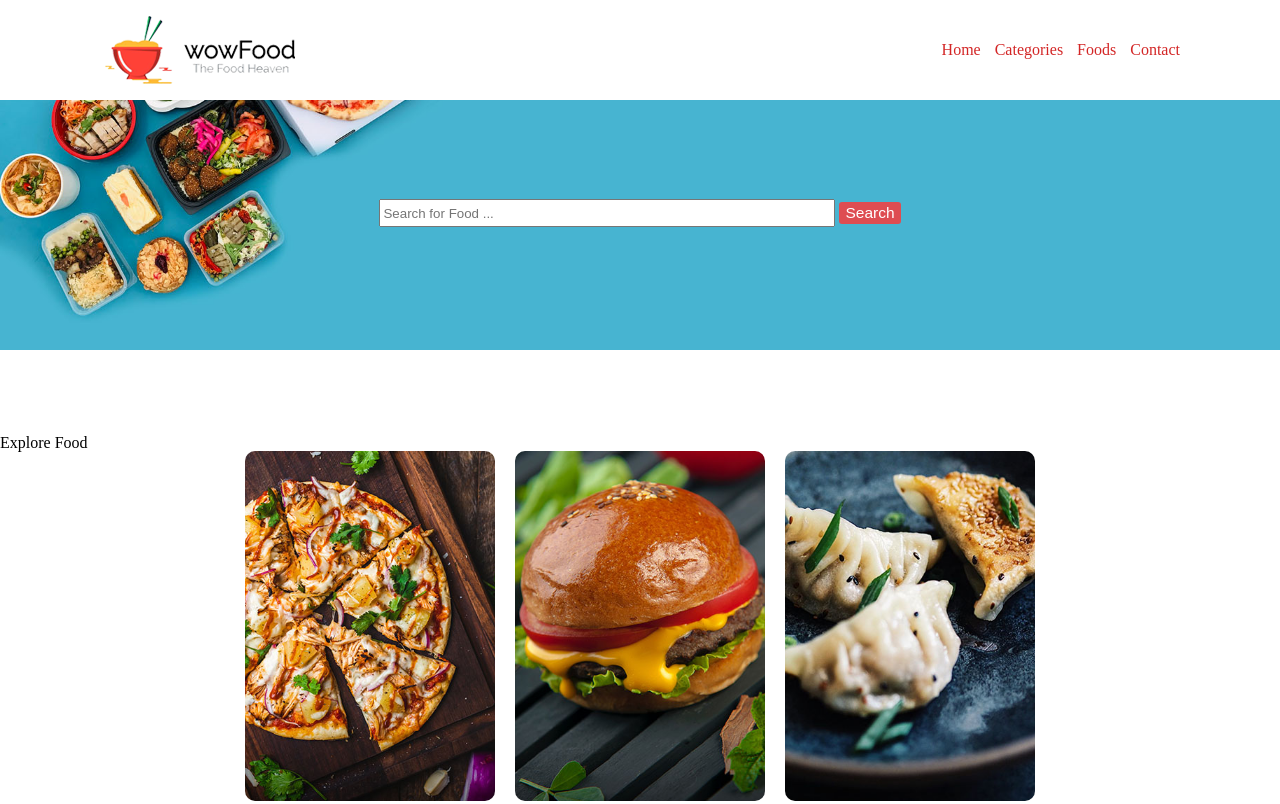
Repository: ruaruababa/WowFood
Page: index.html
The author's editor kept a copy of each file at every save. The page is drawn from the files as they stood at one save, then again after the next save.
The browser window is 1280 px wide. The pictures show the whole page.

Above is the page before, as saved 2021-09-17 23:21:06.

### index.html
<!DOCTYPE html>
<html lang="en">

<head>
    <meta charset="UTF-8" />
    <meta http-equiv="X-UA-Compatible" content="IE=edge" />
    <meta name="viewport" content="width=device-width, initial-scale=1.0" />
    <title>Document</title>
    <link rel="stylesheet" href="./style.css" />
    <link rel="stylesheet" href="./reset.css" />
</head>

<body>
    <header>
        <div class="container-header">
            <div class="header-left">
                <img src="./img/logo.png" alt="" />
            </div>
            <div class="header-right">
                <ul class="nav">
                    <li class="item"><a href="">Home</a></li>
                    <li class="item"><a href="">Categories</a></li>
                    <li class="item"><a href="">Foods</a></li>
                    <li class="item"><a href="">Contact</a></li>
                </ul>
            </div>
        </div>
    </header>
    <nav>
        <div class="container-nav">
            <div class="background-search">
                <img src="./img/bg.jpg" alt="bgr-search" />
            </div>
            <div class="form">
                <input type="text" placeholder="Search for Food ..." class="input-search" />
                <input type="button" value="Search" class="btn-search" />
            </div>
        </div>
    </nav>
    <section>
        <div class="container-section">
            <div class="explore-food">Explore Food</div>
            <div class="collection-food">
                <ul class="list-food">
                    <li class="item"><img src="./img/pizza.jpg" alt="" /></li>
                    <li class="item"><img src="./img/burger.jpg" alt="" /></li>
                    <li class="item"><img src="./img/momo.jpg" alt="" /></li>
                </ul>
            </div>
        </div>
    </section>
</body>

</html>

### style.css
.container-header{
    display: flex;
    justify-content: space-between;
    align-items: center;
    margin-top: 15px;
}
.header-left{
    display: flex;
    margin-left: 100px;
}
.header-left img {
}
.name-brand{
    margin-top: 50%;
}

.header-right{
    margin-right: 100px;
}
.nav{
    list-style: none;
}
.nav li{
    display: inline;
    padding-left: 10px;
}
.nav li a {
    text-decoration: none;
    color: rgb(211, 38, 38);
}
nav{
    position: relative;
    max-width: 100%;
    max-height: 100%;
    height: 250px;
}
.container-nav {
    text-align: center;
}
.background-search {
    height: 250px;
}
.background-search img{
    margin-top: 15px;
    height: inherit;
    width: 100%;
    object-fit: cover;
}
.form{
    width: 100%;
    position: absolute;
    top: 50%;
    left: 50%;
    transform: translate(-50%, -50%);
    height: 22px;
}
.input-search{
    width: 35%;
    height: inherit;
}
.btn-search{
    background-color: rgba(250, 59, 59, 0.849);
    border: none;
    border-radius: 3px;
    font-size: 15.5px;
    color: white;
    height: inherit;
}
section{
    position: relative;
    top: 100px;
}
.list-food{
    display: flex;
    justify-content: center;
    column-gap: 20px;
}
.list-food li {
    width: 250px;
    height: 350px;
}

.list-food li img {
    width: 100%;
    height: 100%;
    object-fit: cover;
    border-radius: 10px;
}

Loaded but not shown: reset.css (common file)

After the next save:
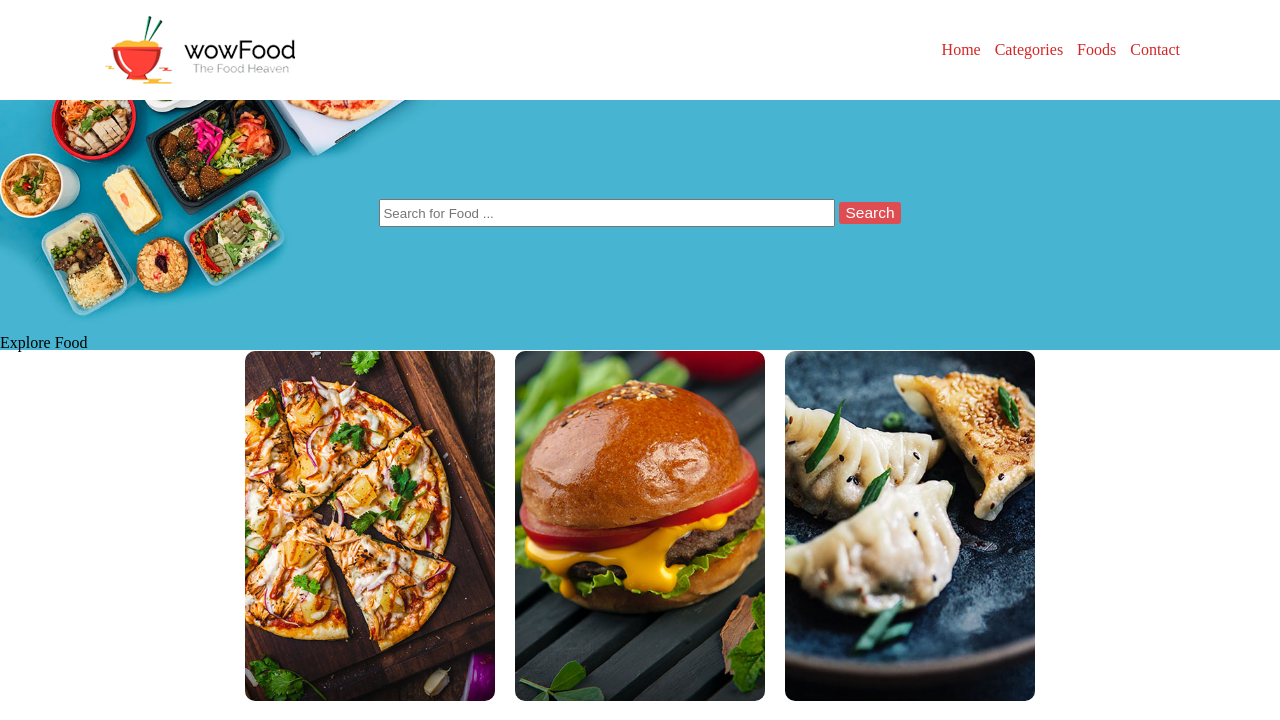
Saved 48 s later.
--- a/style.css
+++ b/style.css
@@ -68,7 +68,6 @@ nav{
 }
 section{
     position: relative;
-    top: 100px;
 }
 .list-food{
     display: flex;
